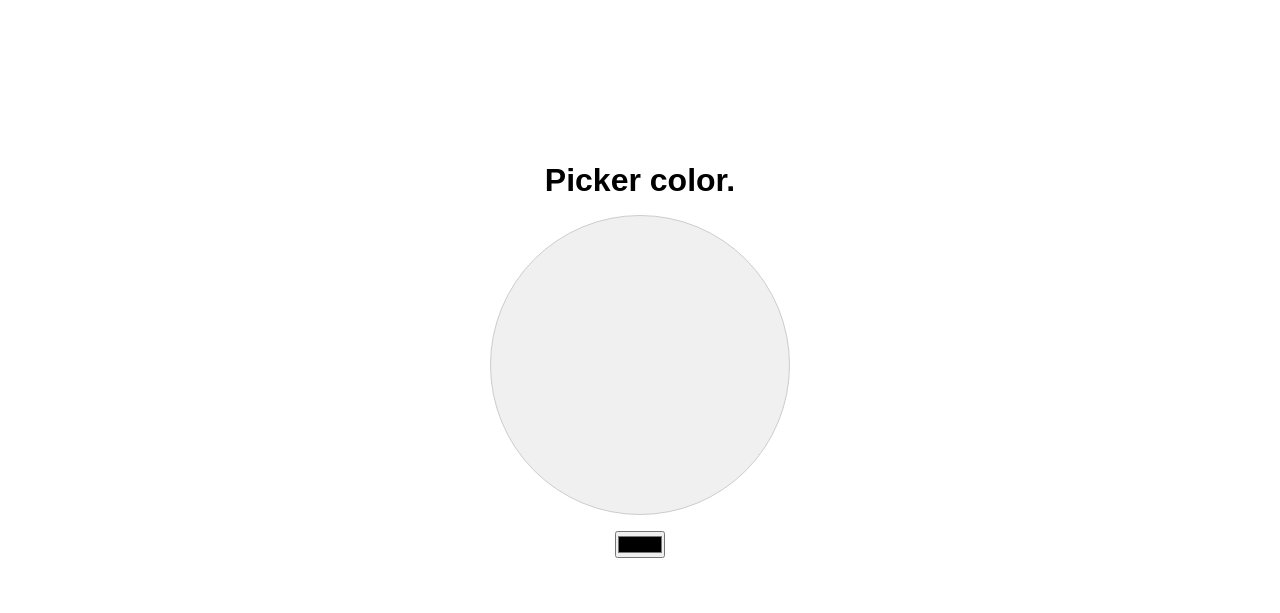
Repository: CarlosEduardoVdeOliveira/100_dias_de_codigo
Page: Dia 11/index.html
These files come from the project's save history. The page is drawn as it stood at one moment and after a run of saves; the edit follows.
The browser window is 1280 px wide. The pictures show the whole page.
Some web fonts or font styles are not loaded; a fallback is used.

Above is the page before, as saved 2024-09-13 14:20:45.

After the next 2 saves:
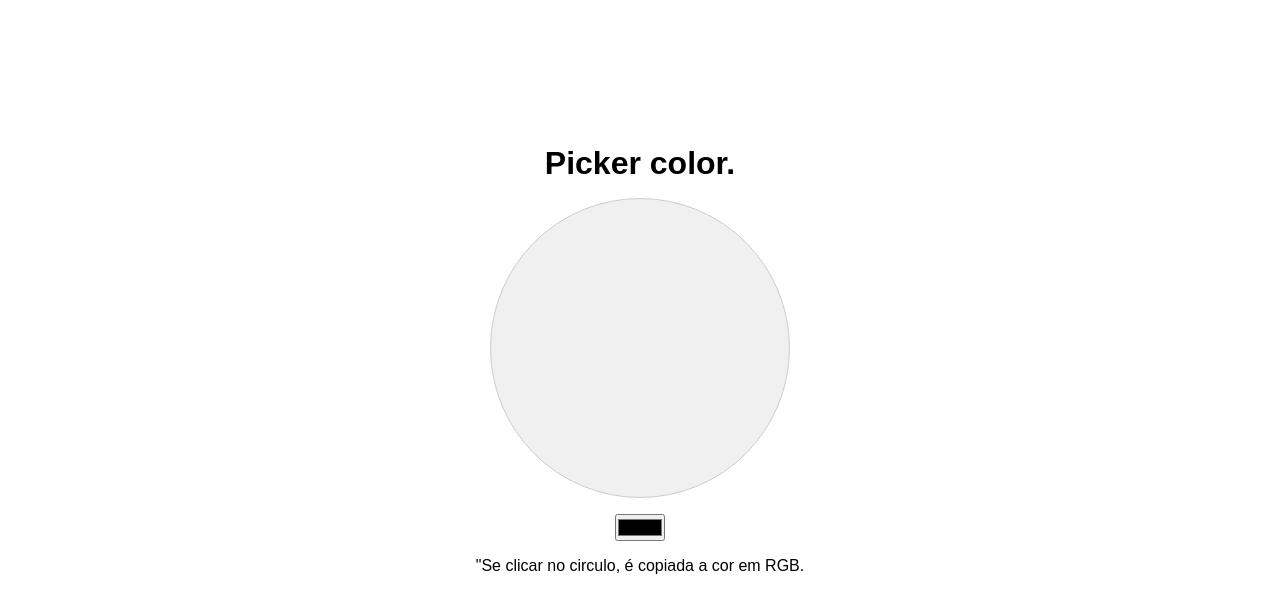
The 2 saves are shown as one change because they came seconds apart.
The last was saved 8 s later.
--- a/Dia 11/index.html
+++ b/Dia 11/index.html
@@ -11,6 +11,7 @@
     <h1>Picker color.</h1>
     <div class="shape-color"></div>
     <input type="color" name="input-shape-color" id="input-shape-color">
+    <span>"Se clicar no circulo, é copiada a cor em RGB.</span>
   </main>
   <script src="./script.js"></script>
 </body>
